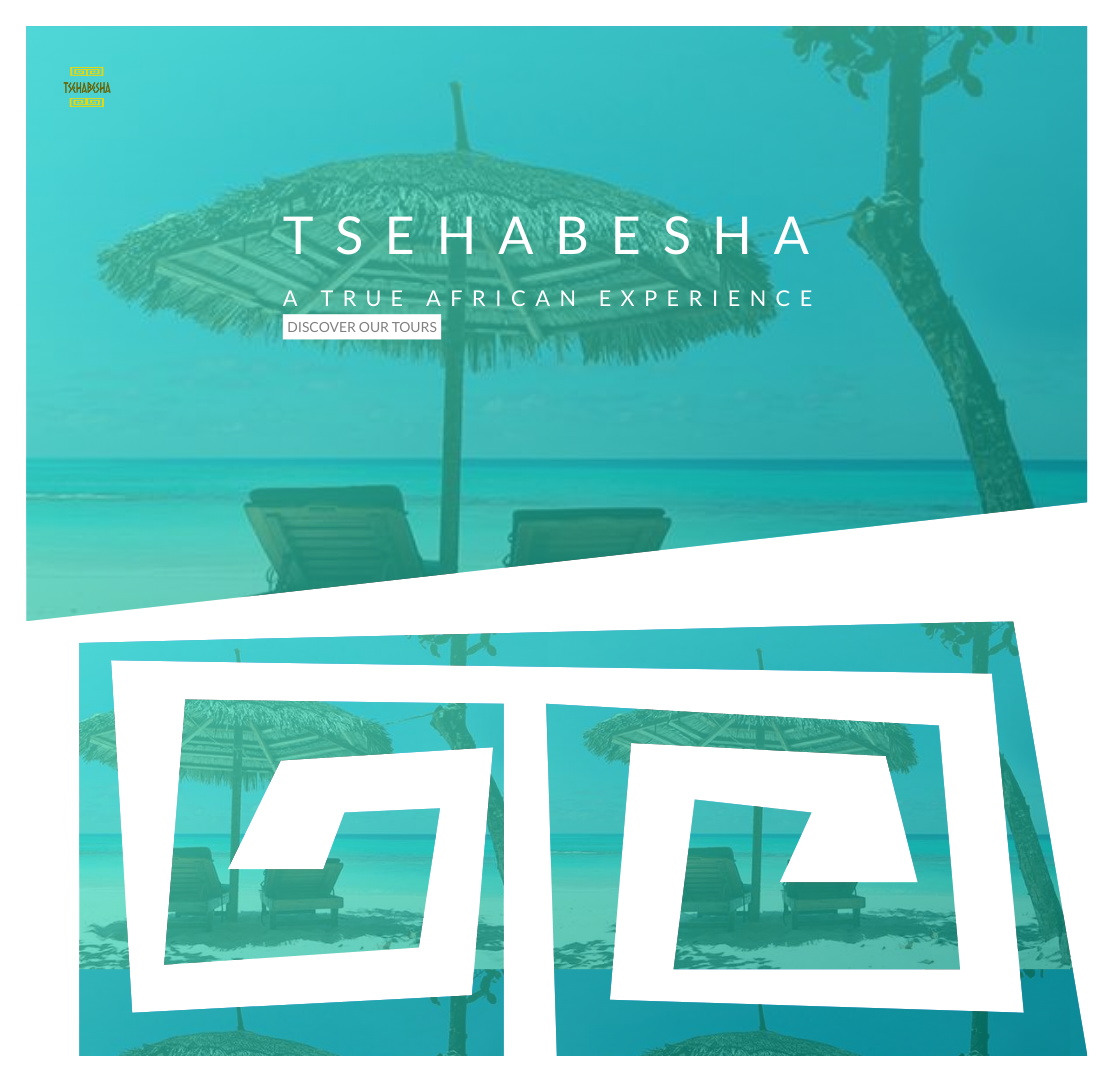
Repository: Azariagmt/tour-and-travel
Page: index.html
The author's editor kept a copy of each file at every save. The page is drawn from the files as they stood at one save, then again after a run of saves.
The browser window is 1280 px wide. The pictures show the whole page, at 87% of full size.

Above is the page before, as saved 2020-03-24 23:44:46.

### index.html
<!DOCTYPE html>
<!--[if lt IE 7]>      <html class="no-js lt-ie9 lt-ie8 lt-ie7"> <![endif]-->
<!--[if IE 7]>         <html class="no-js lt-ie9 lt-ie8"> <![endif]-->
<!--[if IE 8]>         <html class="no-js lt-ie9"> <![endif]-->
<!--[if gt IE 8]><!--> <html class="no-js"> <!--<![endif]-->
    <head>
        <meta charset="utf-8">
        <meta http-equiv="X-UA-Compatible" content="IE=edge">
        <title></title>
        <meta name="description" content="">
        <meta name="viewport" content="width=device-width, initial-scale=1">
        <link href="https://fonts.googleapis.com/css?family=Lato&display=swap" rel="stylesheet">
        <link rel="stylesheet" href="css/style.css">
    </head>
    <body>
        <!--[if lt IE 7]>
            <p class="browsehappy">You are using an <strong>outdated</strong> browser. Please <a href="#">upgrade your browser</a> to improve your experience.</p>
        <![endif]-->
        <header class="header">
            <div class="logo-box">
                <img src="img/tsehabesha-logo.png" alt="Logo" class="logo">
            </div>
            <div class="text-box">
                <h1 class="heading-primary">
                    <span class="heading-primary-main">
                        tsehabesha
                    </span>
                    <span class="heading-primary-sub">
                        a true african experience
                    </span>
                </h1>
                <a href="#" class="btn btn-white">Discover our tours</a>
            </div>
        </header>
        <div class="logo-clip">

            </div>
        <script src="" async defer></script>
    </body>
</html>

### css/style.css
* {
  margin: 0;
  padding: 0;
  box-sizing: border-box;
}

body {
  font-family: "Lato", sans-serif;
  font-weight: 400;
  font-size: 16px;
  line-height: 1.7;
  color: #777777;
  padding: 30px;
}

.header {
  height: 95vh;
  background-image: linear-gradient(to right bottom, #64ffdbb9, #00897bb9),
    url(../img/2.jpg);
  background-size: cover;
  background-position: top;
  clip-path: polygon(0 0, 100% 0, 100% 80%, 0% 100%);
  position: relative;
}

.logo-box {
  position: absolute;
  top: 40px;
  left: 40px;
}

.logo {
  height: 60px;
}

.text-box {
  position: absolute;
  top: 40%;
  left: 50%;
  transform: translate(-50%,-50%);
}
.heading-primary {
  color: white;
  text-transform: uppercase;
  backface-visibility: hidden;
  /* line-height: 95vh; */
}

.heading-primary-main {
  display: block;
  font-size: 60px;
  font-weight: 400;
  letter-spacing: 25px;
  animation: moveInLeft 1s ease-out;

}

.heading-primary-sub {
  display: block;
  font-size: 25px;
  font-weight: 500;
  letter-spacing: 10.7px;
  animation: moveInRight 1s ease-in;
}

@keyframes moveInLeft{
  0%{
opacity: 0;
transform: translateX(-100px);
  }
  80%{
    opacity: .8;
    transform: translateX(10px);
  }
  100%{
    opacity:1;
    transform: translate(0);
  }
}

@keyframes moveInRight{
  0%{
    opacity: 0;
    transform: translateX(100px);
  }
  80%{
    opacity: .8;
    transform: translate(-10px);
  }
  100%{
    opacity: 1;
    transform: translate(0);
  }
}

.btn:link, .btn:visited{
  text-transform: uppercase;
  text-decoration: none;
}

.btn-white{
  background-color: white;
  color: grey;
  padding: 5px;
}

.logo-clip{
  height: 500px;
  background-image: linear-gradient(to right bottom, #64ffdbb9, #00897bb9),
  url(../img/2.jpg);
  width:100%;
  background-clip: content-box;
  clip-path: polygon(
    45% 100%,      45% 19%,    15% 18%,
     13% 79%,      37% 75%,    39% 43%,
     30% 44%,     28% 57%,      19% 57%,
     24% 32%,       44% 29%,       42% 86%,
     10% 90%,       8% 9%,        91% 12%,
     94% 90%,         55% 87%,
     57% 28%,           81% 31%,
     84% 60%,           71% 60%,           74% 44%,
     63% 41%,
     61% 80%,          88% 80%,         86% 24%,
      49% 19%,       50% 100%,      100% 100%,
       93% 0,     5% 5%,        5% 100%);
      }

After the next 2 saves:
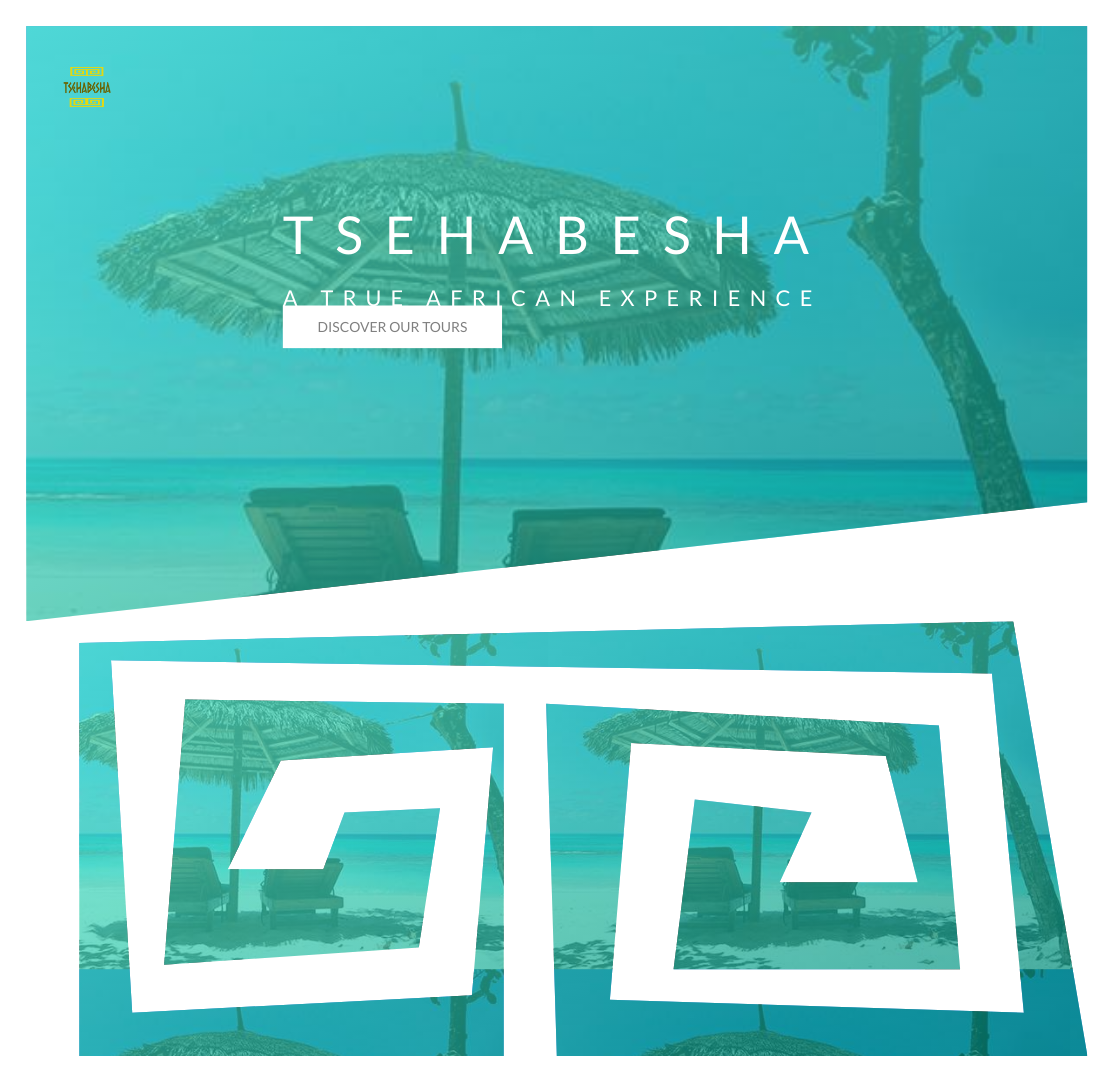
The 2 saves are shown as one change because they came seconds apart.
The last was saved 22 s later.
--- a/css/style.css
+++ b/css/style.css
@@ -101,7 +101,7 @@ transform: translateX(-100px);
 .btn-white{
   background-color: white;
   color: grey;
-  padding: 5px;
+  padding: 15px 40px;
 }
 
 .logo-clip{
